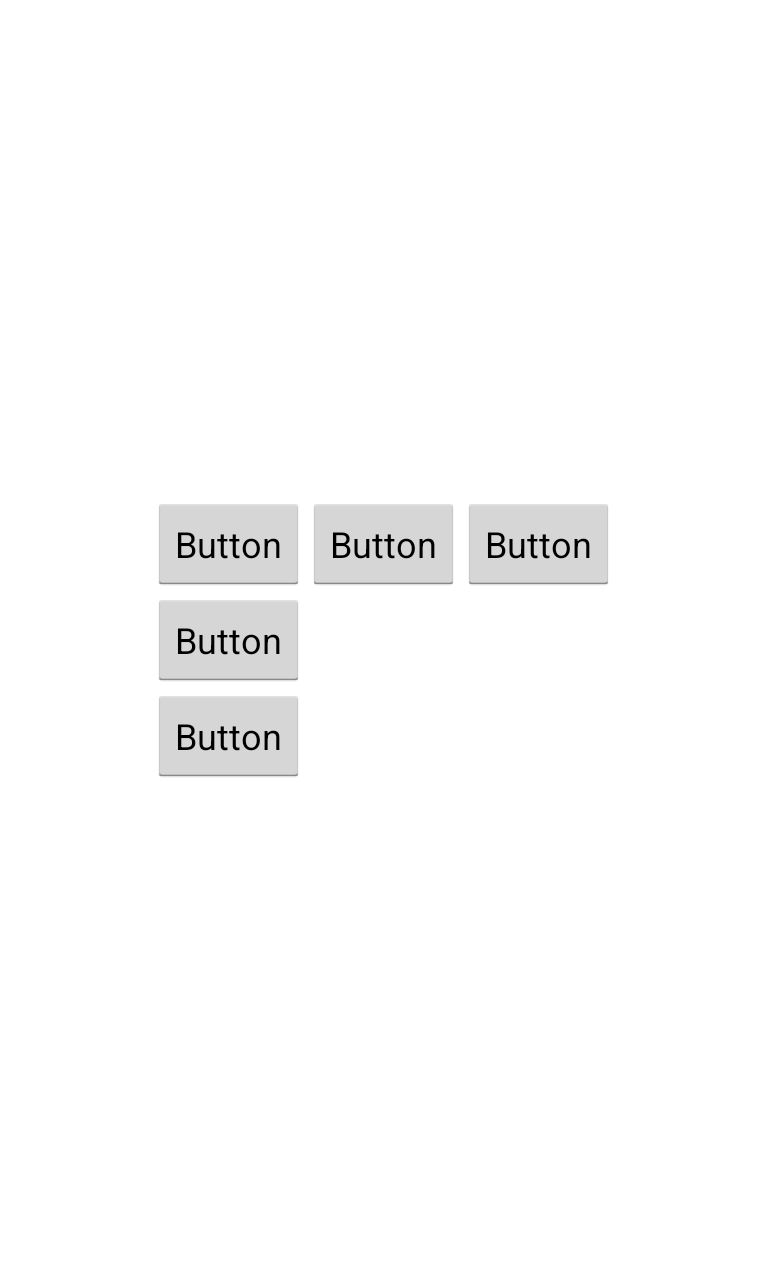
Repository: HGtz2222/LearningAndroid
Layout: test1/test1/res/layout/activity_main.xml
These files come from the project's save history. The layout is drawn as it stood at one moment and after the next save; the edit follows.
It is drawn on a 768 x 1280 px phone screen (xhdpi) without system bars, with theme AppTheme; the app's code is not run.

Above is the layout before, as saved 2014-09-09 10:19:03.

After the next save:
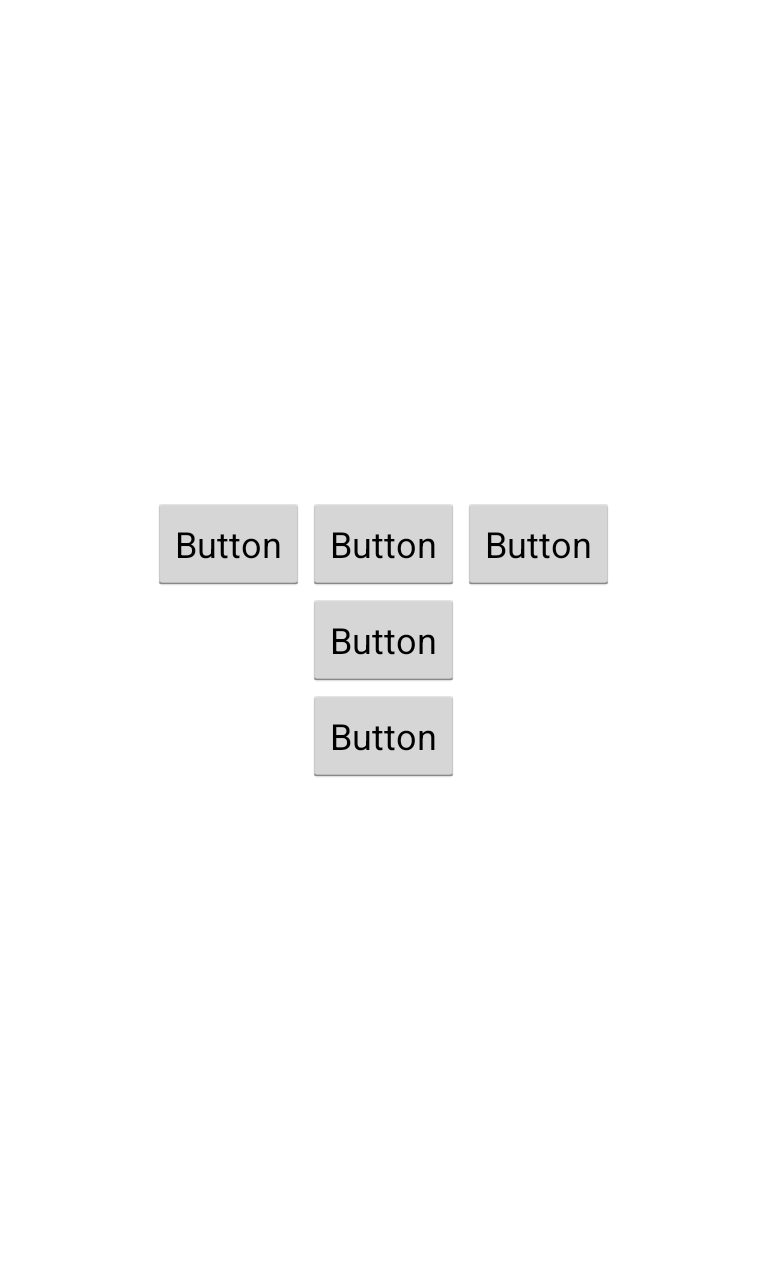
Saved 43 s later.
--- a/test1/test1/res/layout/activity_main.xml
+++ b/test1/test1/res/layout/activity_main.xml
@@ -37,7 +37,12 @@
             android:layout_row="0"
             android:text="Button" />
 
-        <LinearLayout android:orientation="vertical" >
+        <LinearLayout
+            android:layout_column="1"
+            android:layout_gravity="left|top"
+            android:layout_row="1"
+            android:gravity="center_horizontal|center_vertical|fill_horizontal"
+            android:orientation="vertical" >
 
             <Button
                 android:id="@+id/button4"
